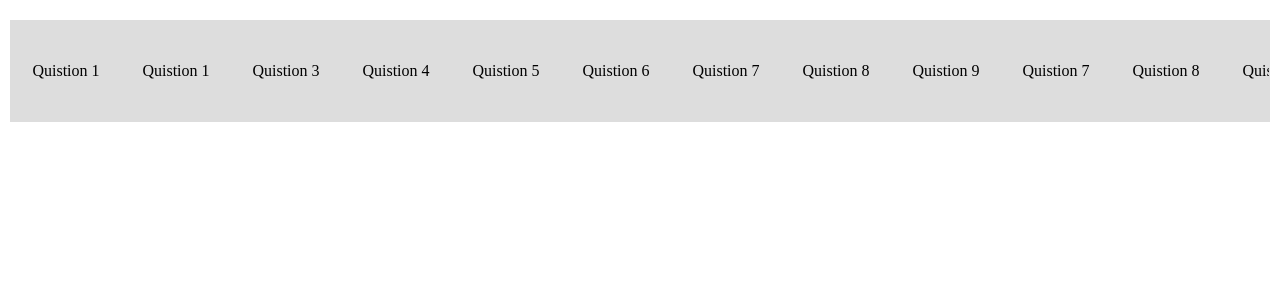
Repository: special4Party/Graduation-project-wedding-hall
Page: include/temp/test.html
These files come from the project's save history. The page is drawn as it stood at one moment and after the next save; the edit follows.
The browser window is 1280 px wide. The pictures show the whole page.

Above is the page before, as saved 2022-04-29 23:55:33.

### include/temp/test.html
<!DOCTYPE html>
<html lang="en">
<head>
    <meta charset="UTF-8">
    <title>Quistion to Admin page</title>
    <link rel="stylesheet" href="/layout/css/test.css">
</head>
<body>
<section class="container">
    <div class="wrapper">
        <div class="item">Quistion 1</div>
        <div class="item">Quistion 1</div>
        <div class="item">Quistion 3</div>
        <div class="item">Quistion 4</div>
        <div class="item">Quistion 5</div>
        <div class="item">Quistion 6</div>
        <div class="item">Quistion 7</div>
        <div class="item">Quistion 8</div>
        <div class="item">Quistion 9</div>
        <div class="item">Quistion 7</div>
        <div class="item">Quistion 8</div>
        <div class="item">Quistion 9</div>
        <div class="item">Quistion 7</div>
        <div class="item">Quistion 8</div>
        <div class="item">Quistion 9</div>
    </div>
</section>
</body>
</html>

### layout/css/test.css
*{
    padding: 0;
    margin: 0;
    box-sizing: border-box;
}
.container{
    padding: 20px 10px;
}
.wrapper{
    max-height: 120px;
    border: 1px solid #ddd;
    display: flex;
    overflow-x: auto;
}
.wrapper .item{
    min-width: 110px;
    height: 100px;
    line-height: 100px;
    text-align: center;
    background-color: #ddd;
}

After the next save:
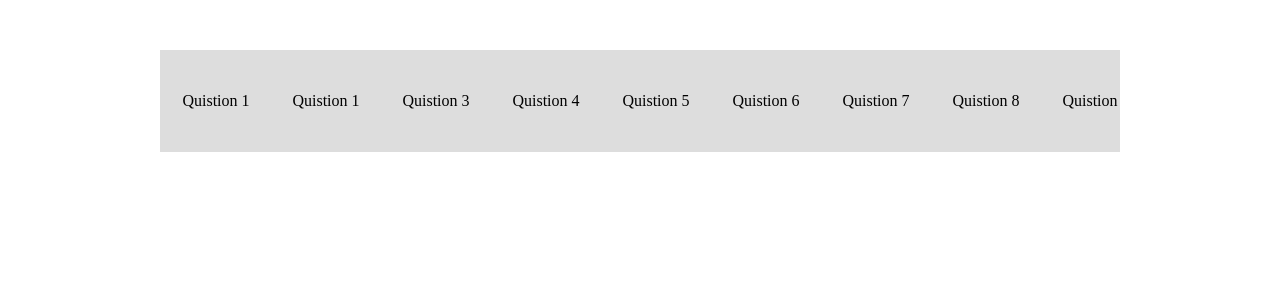
Saved 54 s later.
--- a/layout/css/test.css
+++ b/layout/css/test.css
@@ -4,7 +4,7 @@
     box-sizing: border-box;
 }
 .container{
-    padding: 20px 10px;
+    padding: 50px 160px;
 }
 .wrapper{
     max-height: 120px;
